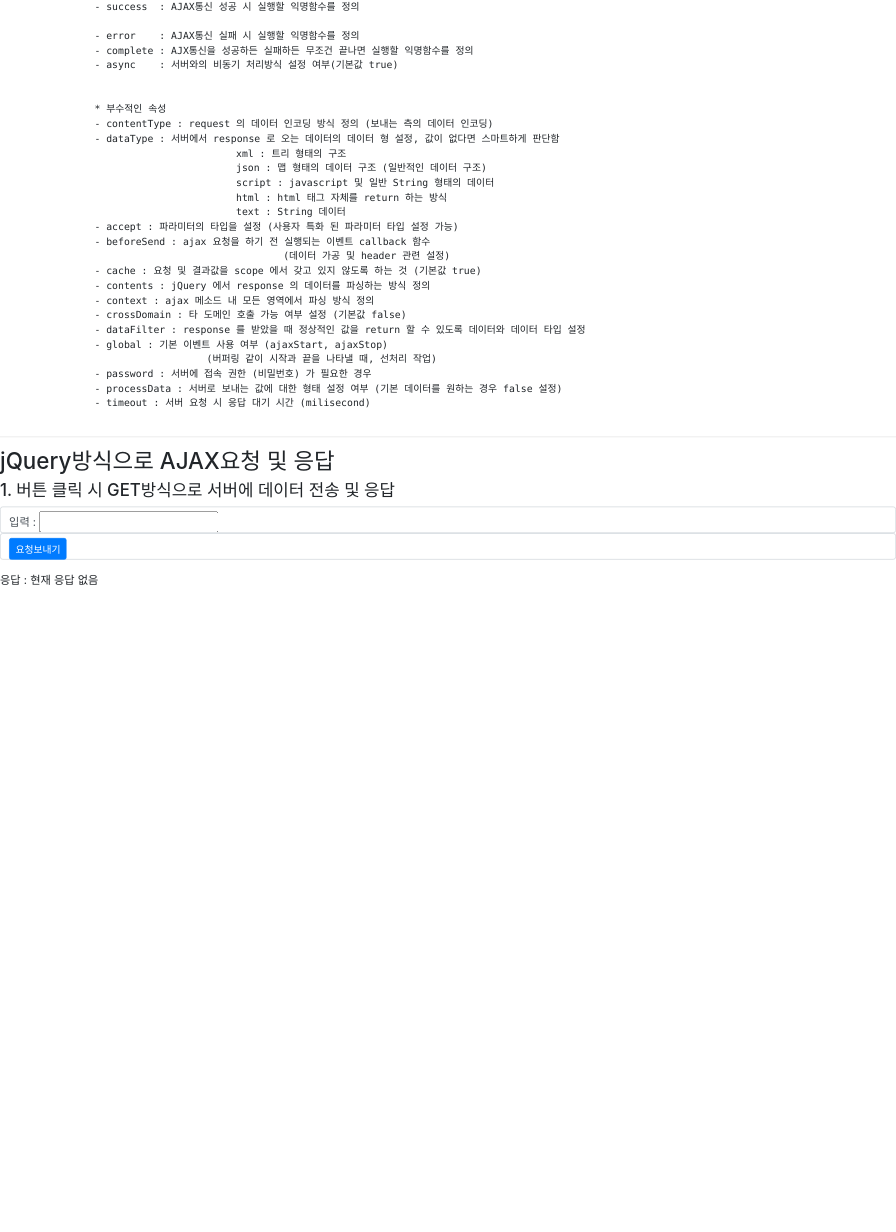
Repository: Hyunbin1111/practice
Page: http://localhost/MyBatisProject/study
An editor plug-in stored every save of this project. The page is shown before and after the next save, followed by the edit.
The browser window is 1280 px wide. The pictures show the part of the page from y = 871 to 2791 px (the page is 2631 px tall before and 2852 px after), at 70% of full size.
The page is served by Tomcat 9.

Above is the page before, as saved 2024-12-09 03:26:56.

After the next save:
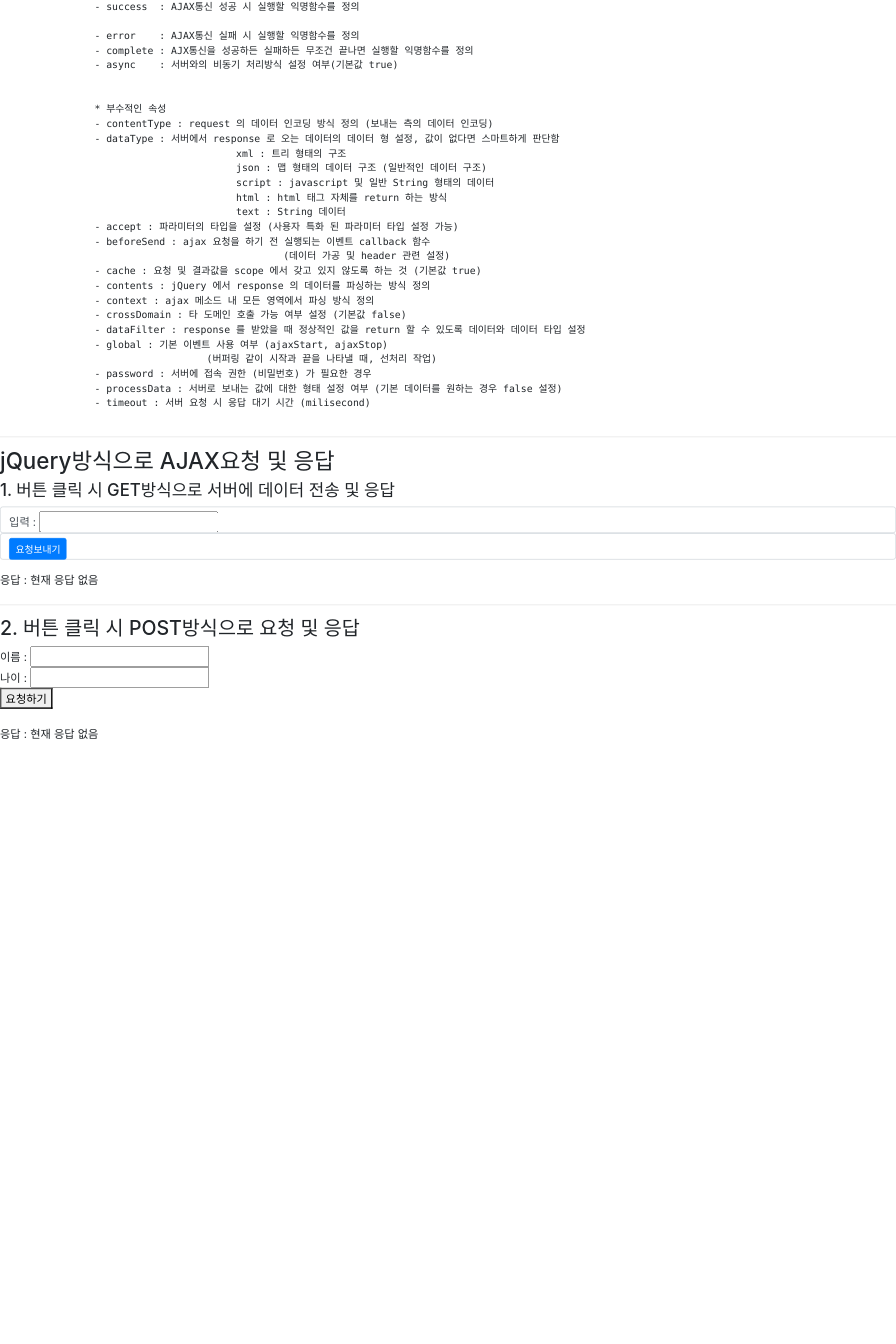
Saved 2 min 30 s later.
--- a/web-workspace2/MyBatisProject/src/main/webapp/WEB-INF/views/ajax/study.jsp
+++ b/web-workspace2/MyBatisProject/src/main/webapp/WEB-INF/views/ajax/study.jsp
@@ -135,6 +135,17 @@
 		});
 	</script>
 
+	<hr>
+
+	<h3>2. 버튼 클릭 시 POST방식으로 요청 및 응답</h3>
+
+	이름 : <input type="text" /> <br/>
+	나이 : <input type="number" /> <br/>
+	<button onclick="ajaxFunction();">요청하기</button>
+
+	<br/><br/>
+	응답 : <label>현재 응답 없음</label>
+
 
 
 <br><br><br><br><br><br><br><br><br><br><br><br><br><br><br><br><br><br><br><br><br><br><br><br><br><br><br><br><br><br><br><br><br><br><br><br><br><br><br>
